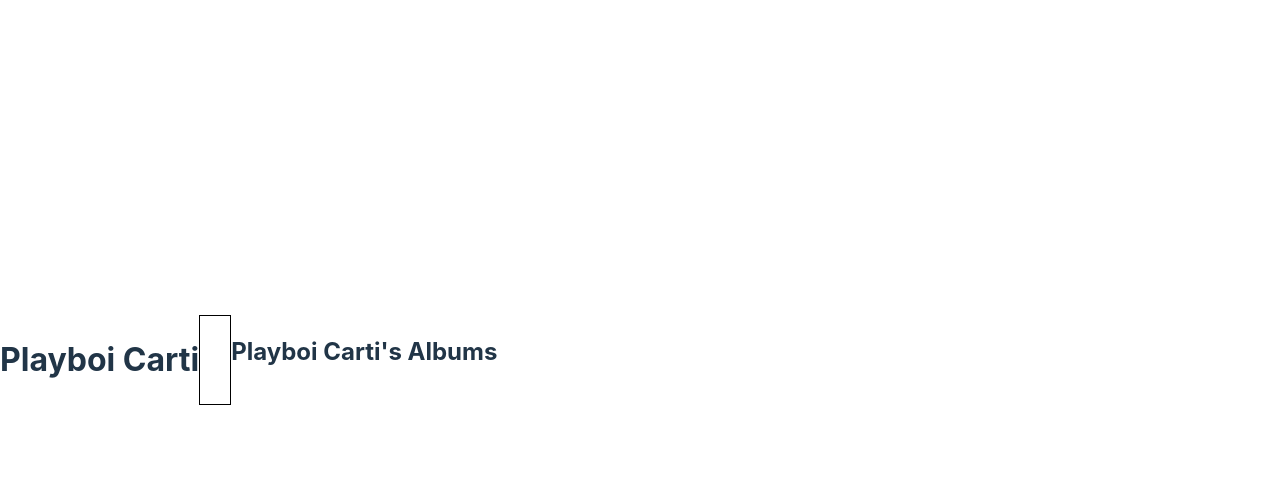
Repository: Hennyyyy8/Lab01-Assignment
Page: / (app in react/)
These files come from the project's save history. The page is drawn as it stood at one moment and after the next save; the edit follows.
The browser window is 1280 px wide. The pictures show the whole page.
The project was rebuilt for these pictures with package versions that can differ from the ones it lists, and the page was loaded fresh each time. Also part of the build but not shown: react/vite.config.js.

Above is the page before, as saved 2024-09-15 20:51:18.

After the next save:
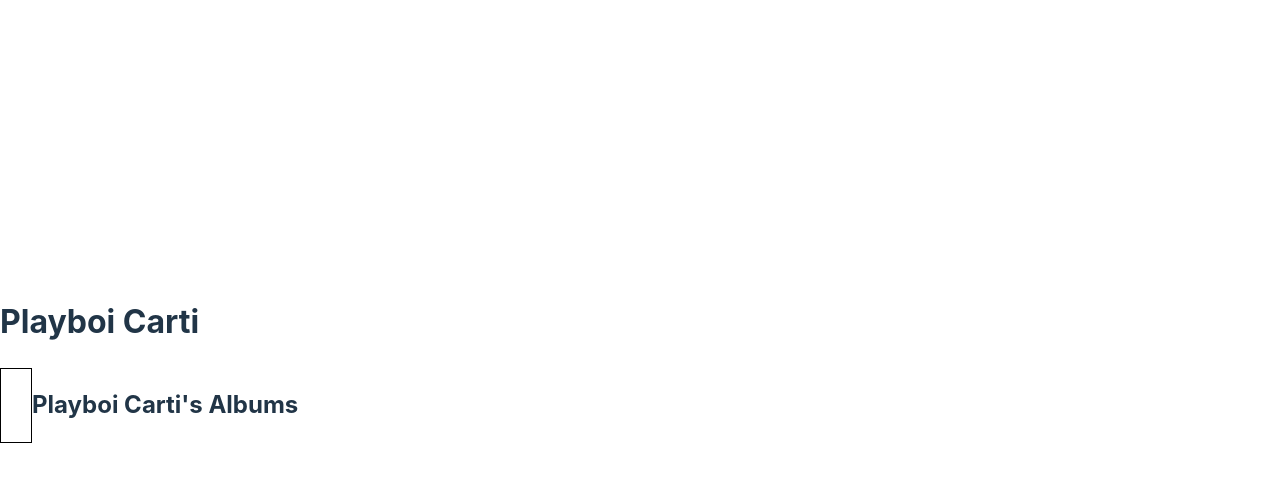
Saved 65 s later.
--- a/react/src/App.jsx
+++ b/react/src/App.jsx
@@ -1,9 +1,9 @@
 function App() {
 
   return (
-    <>
+    <>      <h1>Playboi Carti</h1>
     <div className="artist-container">
-      <h1>Playboi Carti</h1>
+
         <div className="artist-img"></div>
           <div className="discography-box">
             <h2>Playboi Carti's Albums</h2>
